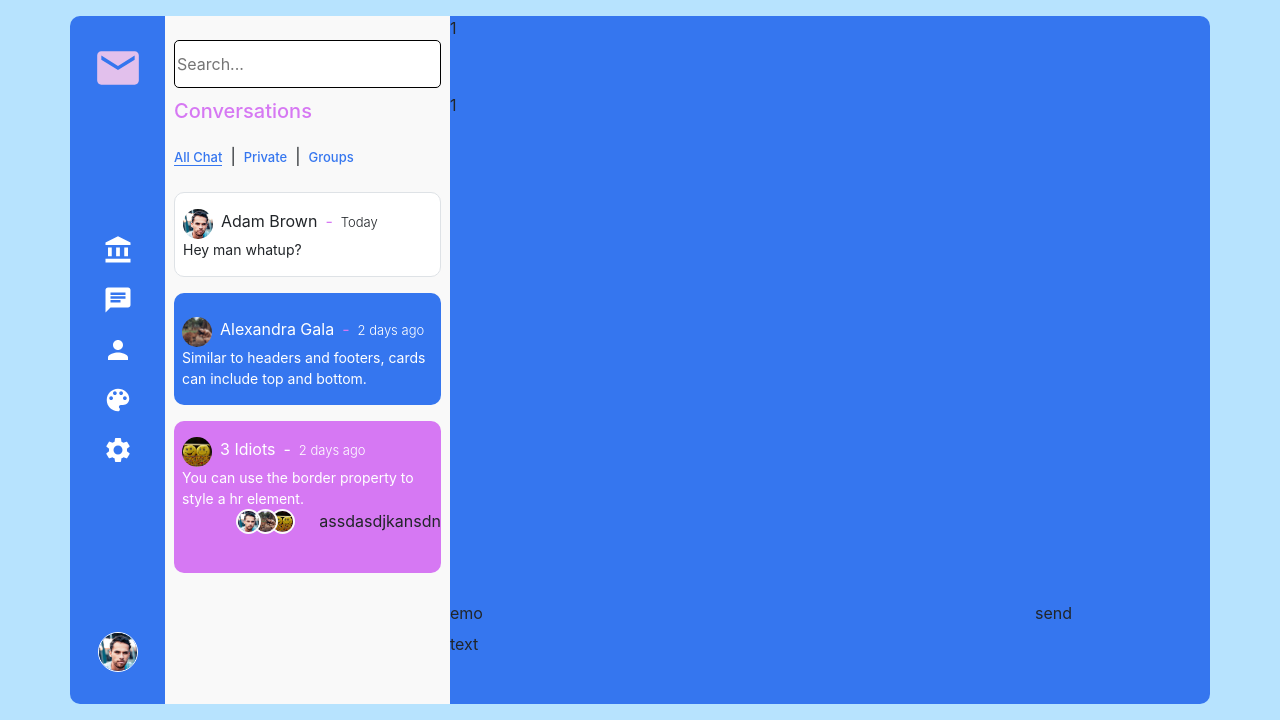
Repository: arafat877/super-chat
Page: /
The author's editor kept a copy of each file at every save. The page is drawn from the files as they stood at one save, then again after the next save.
The browser window is 1280 px wide. The pictures show the whole page.
The project was rebuilt for these pictures with package versions that can differ from the ones it lists, and the page was loaded fresh each time.

Above is the page before, as saved 2020-08-07 00:41:54.

After the next save:
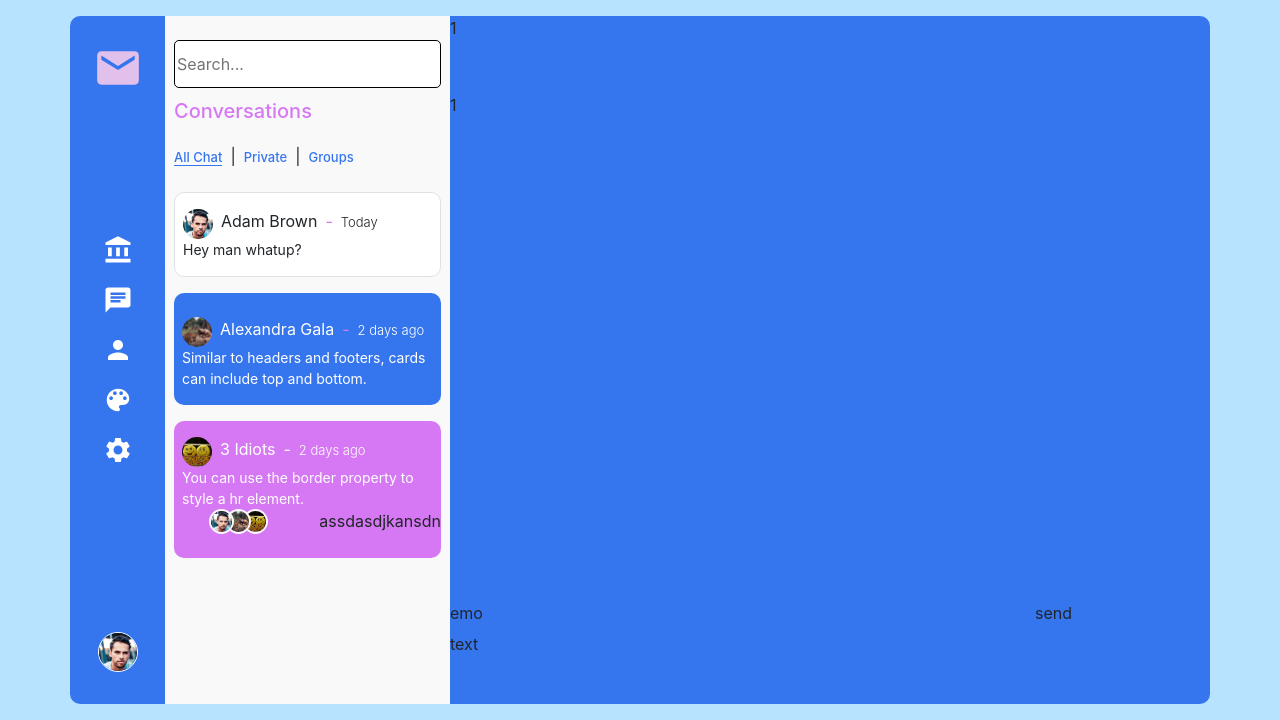
Saved 9 s later.
--- a/src/App.js
+++ b/src/App.js
@@ -133,7 +133,7 @@ function App() {
                       src={require("./assets/g1.jpeg")}
                     />
                   </AvatarGroup>
-                  <br></br><br></br>
+                  <hr></hr>
                   <span>assdasdjkansdn</span>
                 </div>
               </div>
